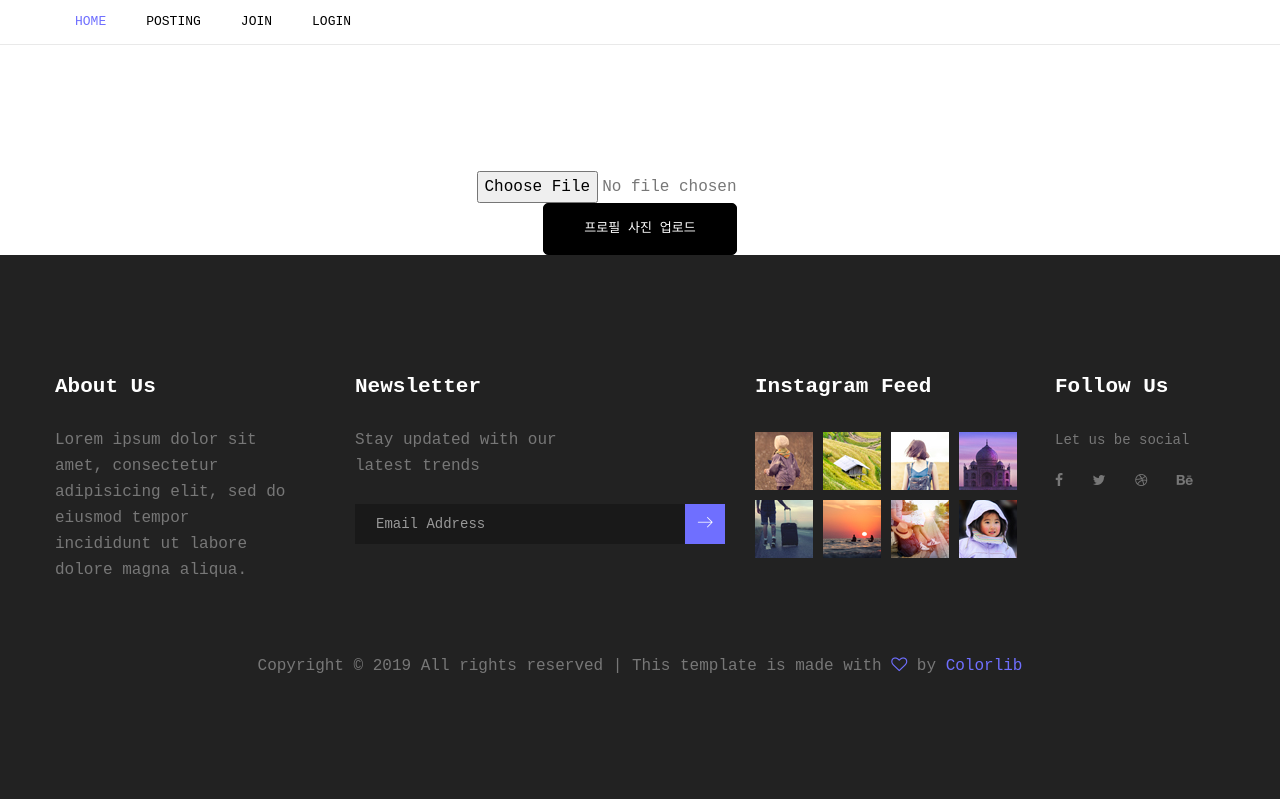
Repository: cwj2306/blog_project_2
Page: http://localhost/blog/user/userProfileForm.jsp
These files come from the project's save history. The page is drawn as it stood at one moment and after the next save; the edit follows.
The browser window is 1280 px wide. The pictures show the whole page.
Some web fonts or font styles are not loaded; a fallback is used. The page is served by Tomcat 9.

Above is the page before, as saved 2019-11-12 06:26:42.

After the next save:
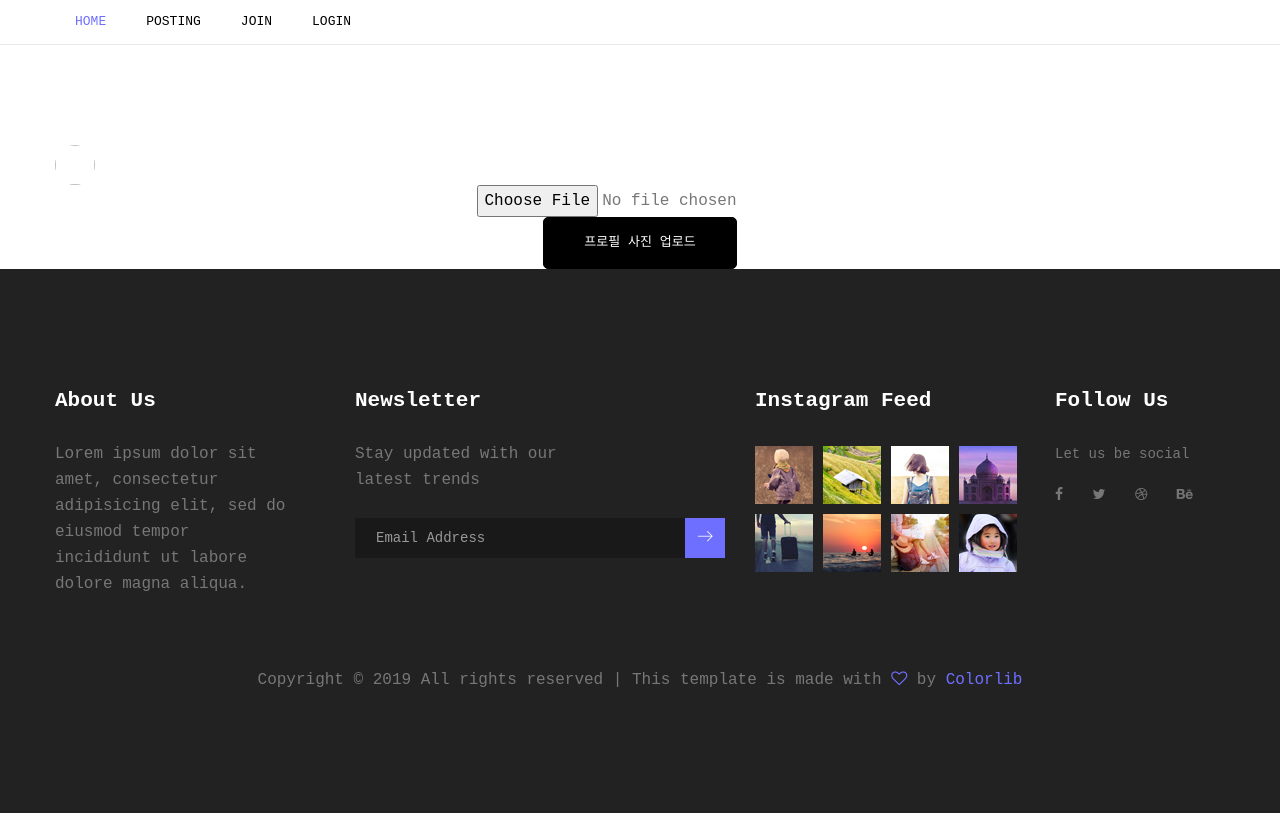
Saved 103 s later.
--- a/blog/WebContent/user/userProfileForm.jsp
+++ b/blog/WebContent/user/userProfileForm.jsp
@@ -15,7 +15,7 @@
 				-->
 
 				<div>
-					<img id="img__wrap" />
+					<img id="img__wrap" width="40px" height="40px" style="border-radius: 50%;"/>
 				</div>
 
 				<!-- enctype는 mime타입에서 찾아봐서 써주자 -->
